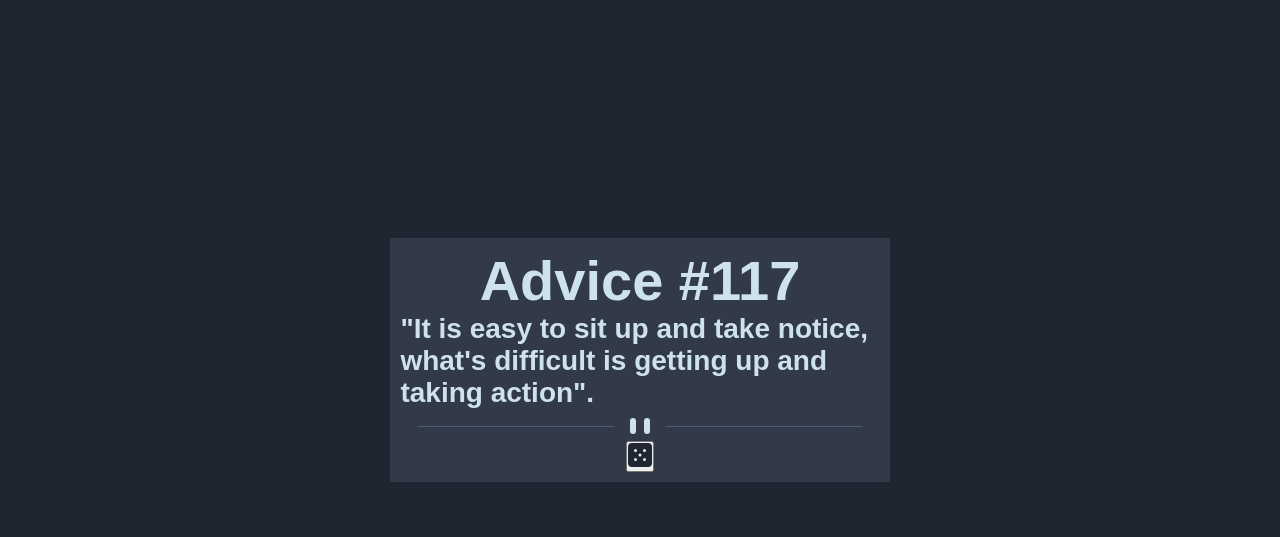
Repository: Daki-builds/advice-generator-app
Page: index.html
These files come from the project's save history. The page is drawn as it stood at one moment and after the next save; the edit follows.
The browser window is 1280 px wide. The pictures show the whole page.

Above is the page before, as saved 2026-10-08 18:27:52.

### index.html
<!DOCTYPE html>
<html lang="en">

<head>
  <meta charset="UTF-8">
  <meta name="viewport" content="width=device-width, initial-scale=1.0">
  <link rel="icon" type="image/png" sizes="32x32" href="./images/favicon-32x32.png">
  <link rel="stylesheet" href="style.css">
  <title>Frontend Mentor | Advice generator app</title>

</head>

<body>
  <main class="container">
    <h1>Advice #<span id="advice-id">117</span></h1>
    <p id="adviceText">"It is easy to sit up and take notice, what's difficult is getting up and taking action".</p>
    <div>
      <img src="./images/pattern-divider-desktop.svg" alt="divider">
    </div>
    <button id="adviceBtn"><img src="./images/icon-dice.svg" alt="dice">
    </button>
  </main>
</body>

</html>

### style.css
* {
  margin: 0;
  padding: 0;
  box-sizing: border-box;
}

:root {
  --blue-200: hsl(193, 38%, 86%);
  --green-300: hsl(150, 100%, 66%);
  --blue-600: hsl(217, 19%, 38%);
  --blue-900: hsl(217, 19%, 24%);
  --blue-950: hsl(218, 23%, 16%);

  --font-family: "Manrope", sans-serif;
  --font-weight: 800;
  --font-size: 28px;
}

body {
  font-family: var(--font-family);
  font-weight: var(--font-weight);
  font-size: var(--font-size);
  background-color: var(--blue-950);
  color: var(--blue-200);
  display: flex;
  justify-content: center;
  align-items: center;
  min-height: 100vh;
}

.container {
  background-color: var(--blue-900);
  display: flex;
  flex-direction: column;
  align-items: center;
  padding: 10px;
  width: 39%;
}

After the next save:
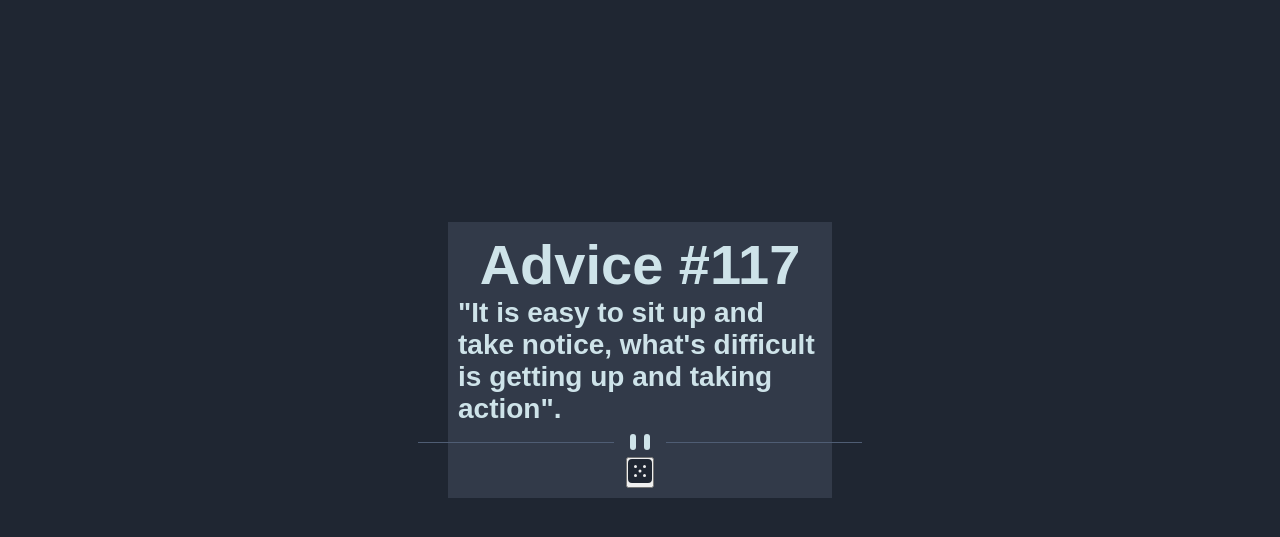
Saved 21 s later.
--- a/style.css
+++ b/style.css
@@ -34,5 +34,5 @@
   flex-direction: column;
   align-items: center;
   padding: 10px;
-  width: 39%;
+  width: 30%;
 }

After the save that followed:
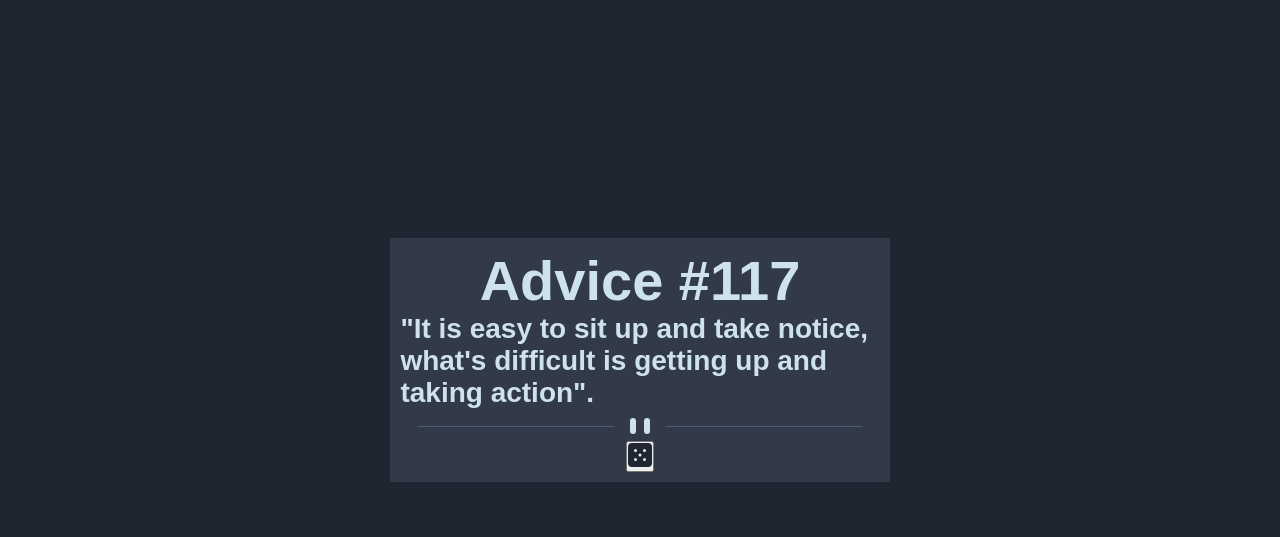
Saved 8 s later.
--- a/style.css
+++ b/style.css
@@ -34,5 +34,5 @@
   flex-direction: column;
   align-items: center;
   padding: 10px;
-  width: 30%;
+  width: 39%;
 }
